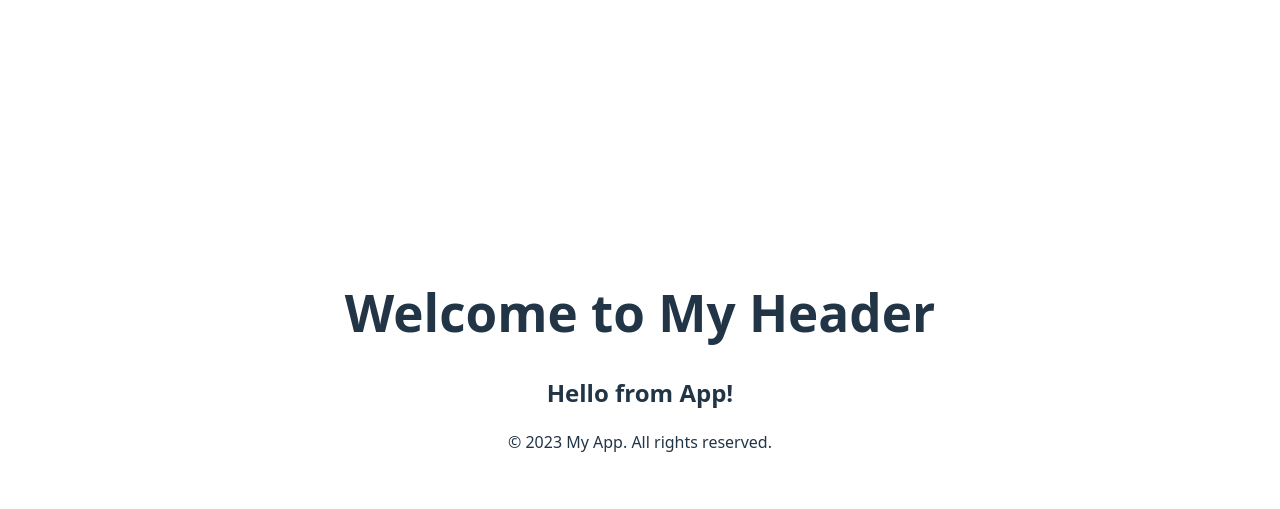
Repository: aurelien-genois/zombieland-front
Page: /admin
The author's editor kept a copy of each file at every save. The page is drawn from the files as they stood at one save, then again after the next save.
The browser window is 1280 px wide. The pictures show the whole page.
The project was rebuilt for these pictures with package versions that can differ from the ones it lists, and the page was loaded fresh each time. Also part of the build but not shown: vite.config.ts.

Above is the page before, as saved 2025-09-13 02:48:03.

### src/components/App/App.tsx

import Footer from '../Footer/Footer'
import Header from '../Header/Header'
import './App.css'

function App() {


  return (
    <div className="App">
        <Header />

      <div className="main">
        <h2>Hello from App!</h2>
      </div>
        <Footer />

    </div>
  )
}

export default App

### src/components/Footer/Footer.tsx
export default function Footer() {
  return (
    <footer>
      <p>© 2023 My App. All rights reserved.</p>
    </footer>
  )
}

### src/components/Header/Header.tsx
export default function Header() {
  return (
    <header>
      <h1>Welcome to My Header</h1>
    </header>
  )
}

Loaded but not shown: index.html (common file); src/main.tsx (common file); src/index.css (common file); src/components/App/App.css (common file)

After the next save:
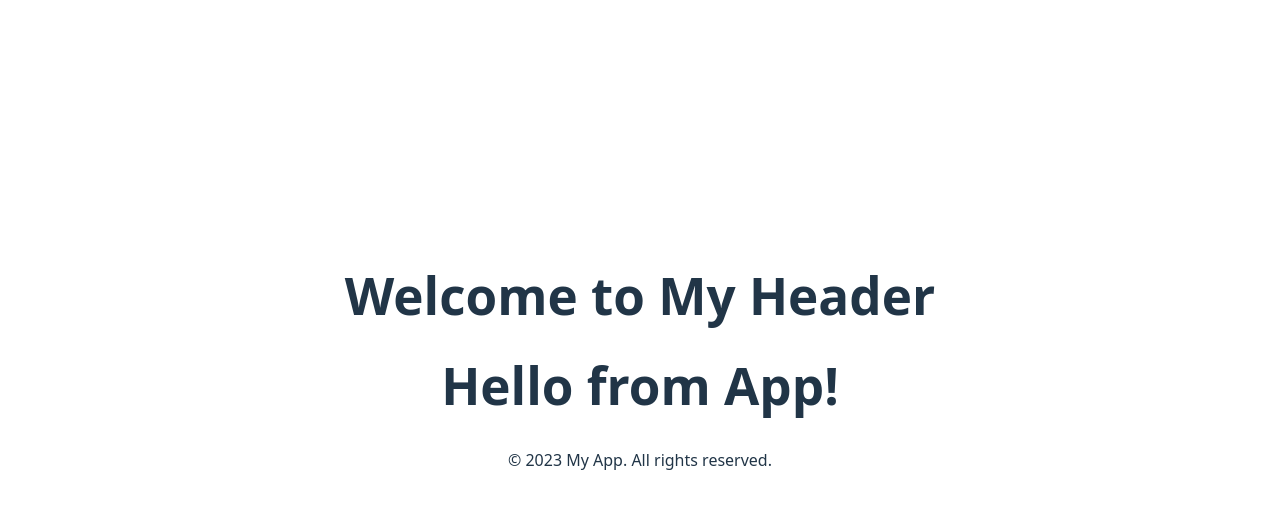
Saved 51 s later.
--- a/src/components/App/App.tsx
+++ b/src/components/App/App.tsx
@@ -8,13 +8,11 @@ function App() {
 
   return (
     <div className="App">
-        <Header />
-
+      <Header />
       <div className="main">
-        <h2>Hello from App!</h2>
+        <h1>Hello from App!</h1>
       </div>
-        <Footer />
-
+      <Footer />
     </div>
   )
 }
